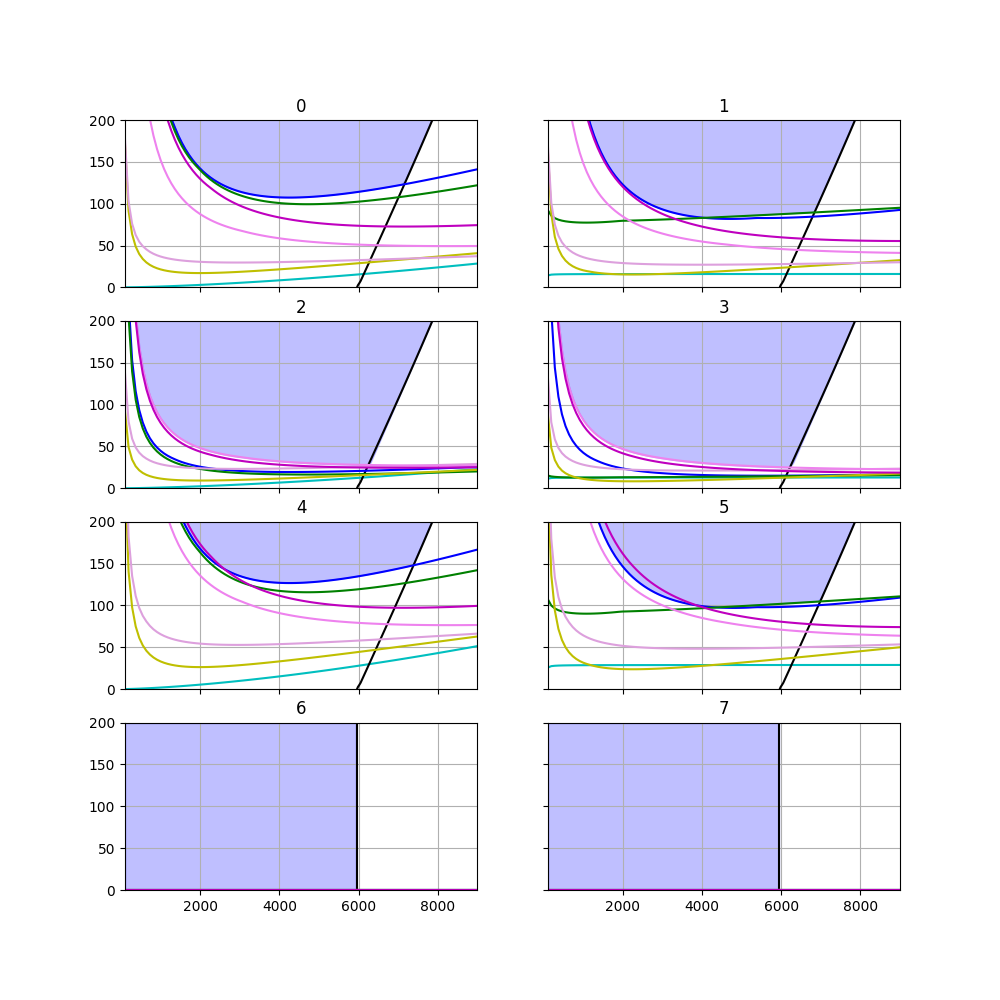
Repository: 12libao/DEA
Script's output: python Sizing_Method/ConstrainsAnalysis/ConstrainsAnalysisPDP1P2.py
An editor plug-in stored every save of this project. The script's output is shown before and after a run of saves, followed by the edit.
Random numbers start from a fixed seed.

Above is the script's output before, as saved 2021-07-12 16:02:18.

After the next 6 saves:
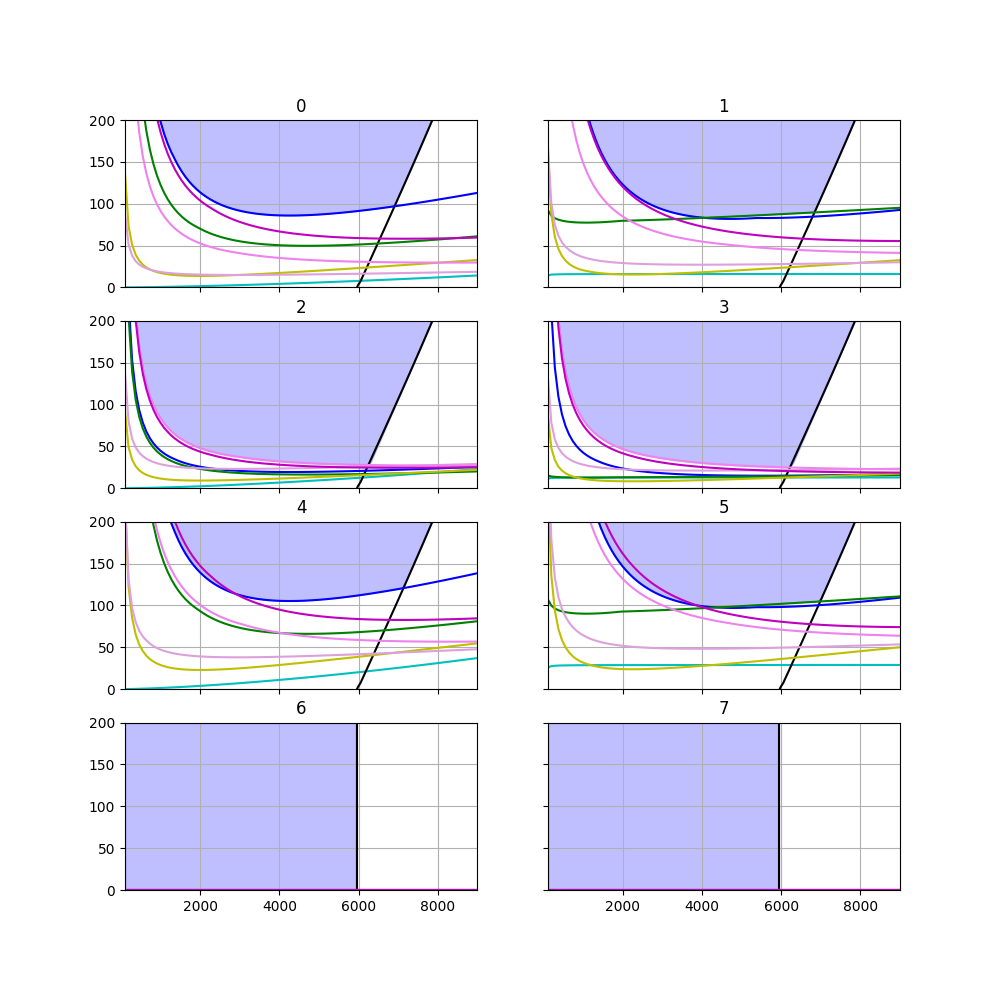
The 6 saves are shown as one change because 1 did not build or start and some came seconds apart.
The last was saved 40 s later.
--- a/Sizing_Method/ConstrainsAnalysis/ConstrainsAnalysisPDP1P2.py
+++ b/Sizing_Method/ConstrainsAnalysis/ConstrainsAnalysisPDP1P2.py
@@ -58,7 +58,7 @@ class ConstrainsAnalysis_Mattingly_Method_with_DP_turbofun:
         self.w_s = wing_load
         self.g0 = 9.80665
 
-        self.coefficient = self.beta * self.v / self.alpha
+        self.coefficient = self.hp*self.beta * self.v / self.alpha
 
         # Estimation of ΔCL and ΔCD
         pd = ad.aerodynamics_with_pd(
